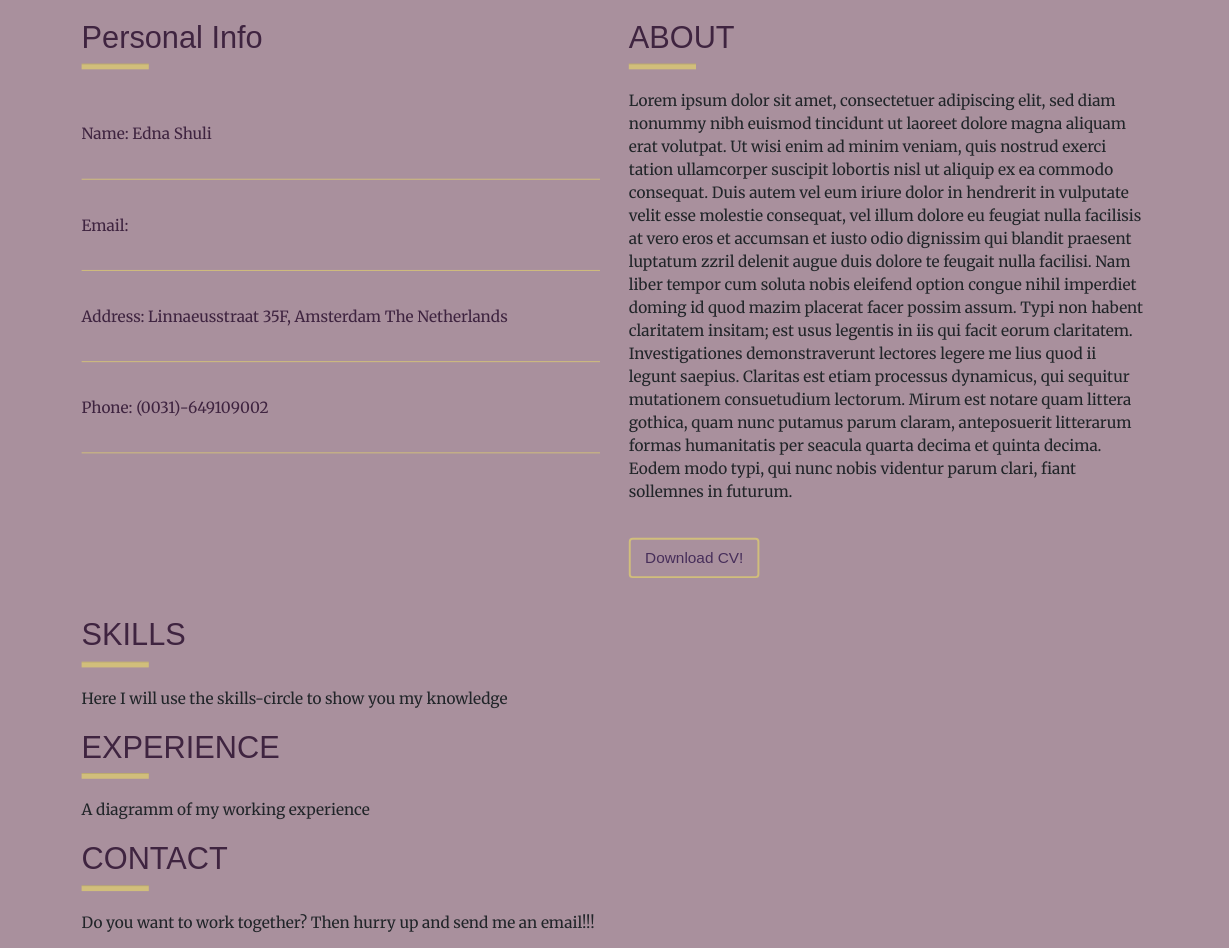
Repository: edshuli/Portfolio
Page: index.html
The author's editor kept a record of every edit. The page is drawn from the files as they stood at one moment, then again after the next edit.
The browser window is 1280 px wide. The pictures show the part of the page from y = 720 to 1708 px (the page is 1708 px tall), at 96% of full size.
Backgrounds fixed to the window are drawn as part of the page. Some web fonts or font styles are not loaded; a fallback is used.

Above is the page before.

### index.html
<!DOCTYPE html>
<html lang="en">

<head>
    <meta charset="UTF-8">
    <meta name="viewport" content="width=device-width, initial-scale=1.0">
    <meta http-equiv="X-UA-Compatible" content="ie=edge">
    <link rel="stylesheet" href="https://stackpath.bootstrapcdn.com/bootstrap/4.3.1/css/bootstrap.min.css" type="text/css" />
    <link rel="stylesheet" href="https://stackpath.bootstrapcdn.com/font-awesome/4.7.0/css/font-awesome.min.css" type="text/css" />
    <link rel="stylesheet" href="https://cdnjs.cloudflare.com/ajax/libs/hover.css/2.3.1/css/hover-min.css" type="text/css" />
    <link rel="stylesheet" href="assets/css/style.css" type="text/css" />
    <title>Edna Shuli - Full Stack Web Developer</title>
</head>

<body>

    <div class="container-fluid navbar-menu">
        <div class="row">
            <div class="col-12">
                <!-- NAVBAR -->
                <nav class="navbar navbar-expand-sm fixed-top navbar-light ">
                    <a href="index.html" class="navbar-brand"><i class="fa fa-home" aria-hidden="true"></i>Ed.Sh</a>
                    <button class="navbar-toggler" type="button" data-toggle="collapse" data-target="#menuDropdown" aria-controls="menuDropdown" aria-expanded="false" aria-label="Toggle navigation">
           <span class="navbar-toggler-icon"></span>
       </button>

                    <div id="menuDropdown" class="navbar-collapse collapse">
                        <ul class="navbar-nav mr-auto">
                            <li><a class="nav-link text-uppercase" href="#">about</a></li>
                            <li><a class="nav-link text-uppercase" href="#">skills</a></li>
                            <li><a class="nav-link text-uppercase" href="#">work</a></li>
                            <li><a class="nav-link text-uppercase" href="#">education</a></li>
                            <li><a class="nav-link text-uppercase" href="#">contact</a></li>
                            <li><a class="nav-link text-uppercase" href="#">cv</a></li>
                        </ul>
                    </div>
            </div>
        </div>
        </nav>
    </div>
    <div class="container-fluid homepage-container ">
        <div class="row">
            <div class="col-12">
                <!--  <div class="opaque-overlay">&nbsp;</div> -->
                <div class="jumbotron ">
                    <h1 class="header">Hi! I'm </br><span class="name">
            Edna Shuli</span></h1>
                    <p class="title">Full Stack Web Developer</p>
                </div>
            </div>
        </div>
    </div>

    <!-- <div class="container-fluid homepage-container"> -->

    <!-- NAVBAR -->
    <!--    <nav class="navbar navbar-light navbar-fixed-top ">
            <div class="navbar-container">
                <button class="navbar-toggler" type="button" data-toggle="collapse" data-target="#menuDropdown" aria-controls="menuDropdown" aria-expanded="false" aria-label="Toggle navigation">
           <span class="navbar-toggler-icon"></span>
       </button>

                <div id="menuDropdown" class="navbar-collapse collapse">
                    <ul class="navbar-nav ">
                        <li><a href="#">home</a></li>
                        <li><a href="#">about</a></li>
                        <li><a href="#">skills</a></li>
                        <li><a href="#">experience</a></li>
                        <li><a href="#">education</a></li>
                        <li><a href="#">contact</a></li>
                        <li><a href="#">cv</a></li>
                    </ul>
                </div>
            </div>
        </nav> -->
    <!-- JUMBOTRON-->

    <!--   <div class="jumbotron jumbotron-fluid "> -->
    <!-- <div class="opaque-overlay">&nbsp;</div> -->
    <!--       <h1 class="header text-uppercase">Hi! I'm </br><span class="name">
            Edna Shuli</span></h1>
            <h2 class="title">Full Stack Web Developer</h2>
        </div>
    </div>
-->




    <!-- ABOUT ME -->
    <section class="aboutme">
        <div class="container aboutme-container">
            <div class="row">
                <div class="col-md-6">
                   <div class="personal-info">
                       <h2 class="uppercase">Personal Info</h2>
                       <hr class="title-divider">
                       <ul>
                           <li>Name: Edna  Shuli</li>
                           <li>Email: <a href="mailto:edna_shhuli@hotmail.gr"></a></li>
                           <li>Address: Linnaeusstraat 35F, Amsterdam The Netherlands</li>
                           <li>Phone: (0031)-649109002</li>
                       </ul>
                   </div>
               </div>
                <div class="col-md-6">
                    <h2 class="text-uppercase">About</h2>
                    <hr class="title-divider">
                    <div class="aboutmeitem">
                        <p>Lorem ipsum dolor sit amet, consectetuer adipiscing elit, sed diam nonummy nibh euismod tincidunt ut laoreet dolore magna aliquam erat volutpat. Ut wisi enim ad minim veniam, quis nostrud exerci tation ullamcorper suscipit lobortis
                            nisl ut aliquip ex ea commodo consequat. Duis autem vel eum iriure dolor in hendrerit in vulputate velit esse molestie consequat, vel illum dolore eu feugiat nulla facilisis at vero eros et accumsan et iusto odio dignissim
                            qui blandit praesent luptatum zzril delenit augue duis dolore te feugait nulla facilisi. Nam liber tempor cum soluta nobis eleifend option congue nihil imperdiet doming id quod mazim placerat facer possim assum. Typi non habent
                            claritatem insitam; est usus legentis in iis qui facit eorum claritatem. Investigationes demonstraverunt lectores legere me lius quod ii legunt saepius. Claritas est etiam processus dynamicus, qui sequitur mutationem consuetudium
                            lectorum. Mirum est notare quam littera gothica, quam nunc putamus parum claram, anteposuerit litterarum formas humanitatis per seacula quarta decima et quinta decima. Eodem modo typi, qui nunc nobis videntur parum clari, fiant
                            sollemnes in futurum.</p>
                    </div>
                    <button class="btn">Download CV!</button>
                </div>
            </div>
        </div>
    </section>



    <!-- Skills -->
    <div class="container skills-container">
        <section class="skills">
            <h2 class="text-uppercase">Skills</h2>
            <hr class="title-divider">
            <div class="skillsitem">
                <p>Here I will use the skills-circle to show you my knowledge</p>
            </div>
        </section>
    </div>



    <!-- Experience -->
    <div class="container experience-container">
        <section class="experience">
            <h2 class="text-uppercase">Experience</h2>
            <hr class="title-divider">
            <div class="work-history">
                <p>A diagramm of my working experience</p>
            </div>
        </section>
    </div>




    <!-- Contact -->
    <div class="container contact-container">
        <section class="contact">
            <h2 class="text-uppercase">Contact</h2>
            <hr class="title-divider">
            <div class="contact-info">
                <p>Do you want to work together? Then hurry up and send me an email!!!</p>
            </div>
        </section>
    </div>


    <!-- Download
        <section class="downloadcv">
           <button class="btn">Download CV!</button
        </section>
       -->
    <footer>

    </footer>

    <script src="https://code.jquery.com/jquery-3.3.1.slim.min.js" integrity="sha384-q8i/X+965DzO0rT7abK41JStQIAqVgRVzpbzo5smXKp4YfRvH+8abtTE1Pi6jizo" crossorigin="anonymous"></script>
    <script src="https://cdnjs.cloudflare.com/ajax/libs/popper.js/1.14.7/umd/popper.min.js" integrity="sha384-UO2eT0CpHqdSJQ6hJty5KVphtPhzWj9WO1clHTMGa3JDZwrnQq4sF86dIHNDz0W1" crossorigin="anonymous"></script>
    <script src="https://stackpath.bootstrapcdn.com/bootstrap/4.3.1/js/bootstrap.min.js" integrity="sha384-JjSmVgyd0p3pXB1rRibZUAYoIIy6OrQ6VrjIEaFf/nJGzIxFDsf4x0xIM+B07jRM" crossorigin="anonymous"></script>
</body>


</html>

### assets/css/style.css
@import url('https://fonts.googleapis.com/css?family=Merriweather:100,200,300,400,500,600,700|Playfair+Display:100,200,300,400,500,600,700|Nanum+Gothic:100,200,300,400');

body {
    font-family: "Merriweather", sans-serif;
    background-color: #a9909d;
}


/* ------------------------Button/Download--------------------*/

.btn {
    font: 16px "Playfair", sans-serif;
    color: #472e5a;
    margin: 20px 0px;
    padding: 10px 15px;
    border: 2px solid #d1be7b;
    display: inline-block;
}

/*---------------------HOMEPAGE/JUMBOTRON--------------------*/

.homepage-container {
    height: 100vh;
    background: url(../images/logo1.jpg) no-repeat center center fixed;
    -webkit-background-size: cover;
    -moz-background-size: cover;
    -o-background-size: cover;
    background-size: cover;

    display: flex;
    align-items: center;
    justify-content: center;
}



/*------------------------Jumbotron ---------------------*/

.jumbotron {
    background-color: transparent;
    margin-bottom: 0px;
    padding: 150px 700px 50px 0;
}

.header {
    color: #3e2832;
    font-size: 45px;
    font-weight: 300;
    margin-bottom: 10px;
}


.header {
    font-family: "Playfair", sans-serif;
}

span {
    font-family: "Merriweather", sans-serif;
}

.title {
    font-family: "Playfair", sans-serif;
    border-bottom-width: 1px;
    border-bottom-style: solid;
    border-bottom-color: #4f3943;
    border-top-width: 1px;
    border-top-style: solid;
    border-top-color: #4f3943;
    color: #4f3943;
    font-size: 25px;
    font-weight: 300;
    text-transform: uppercase;
    letter-spacing: 1px;
    padding: 15px 0;
}


/*---------------------------------Navbar ------------*/

.navbar {
    background-color: rgba(0, 0, 0, 0.7);
    overflow: hidden;
    position: fixed;

}

.navbar-menu {
    padding-left: 0;
    padding-right: 0;

}

.navbar-light .navbar-brand {
    letter-spacing: 1px;
    color: #d1be7b;
    font-size: 20px;
    font-weight: bold;

}

.navbar .navbar-nav a {
    font-weight: bold;
    color: #d1be7b;
    letter-spacing: 1px;
    text-decoration: none;
}

.navbar-light .navbar-nav .nav-link {
    color: #d1be7b;
}

.fa-home {
    color: #d1be7b;
}



/*-----------For mobile ------------*/

.navbar-collapse {
    text-align: right;
    display: block;
}

.navbar-toggler {
    line-height: 1;
    background-color: #f8f9fa7a;
    border: 1px solid #fafaf8;
    border-radius: .25rem;
}

/*----------------------------TITLES/HEADERS----------------------------*/

h2 {
    font-family: "Nanum+Gothic", sans-serif;
    color: #3f2440;
    background-color: transparent;
    margin-top:20px;
}

.title-divider{
    width: 70px;
    height: 5px;
    background-color: #d1be7b;
    margin: 0 0 20px 0;
}

/*--------------------------ABOUT ME-------------------*/

a{
    text-decoration: none;
    color:#3f2440;
}

ul{
    padding:0;
}

.personal-info ul li {
    border-bottom: 1px solid #d1be7b;
    padding: 35px 0;
    list-style:none;
    color:#3f2440;

}

.aboutme-container {}

.skills-container {}

.experience-container {}


.contact-container {}


/*------------------ MEDIA QUERRIES--------------*/

@media (max-width: 992px) {
    .homepage-container {
        background-attachment: scroll;
    }
}

/*
@media (min-width:768px){
    .jumbotron{
        padding-top:48px;
        padding-bottom:48px;
    }
}

*/

/*
.logo{
    background: url(../images/logo.jpg);
    background-position: center;
    background-repeat: no-repeat;
    background-size: cover;
    height: 300px;
    width: 200px;
}
.menucontainer{
  height: 100%;
  width: 200px;
  position: fixed;
  z-index: 1;
  top: 0;
  left: 0;
  background-color:rgba(105,52,102,1.3);
  overflow-x: hidden;
  padding-top: 250px;

}

.menuitem {
  padding: 6px 6px 6px 10px;
  text-decoration: none;
  font-size: 14px;
  color: #e5c54b;
  display: block;
  text-transform: uppercase;
}


*/

After the next edit:
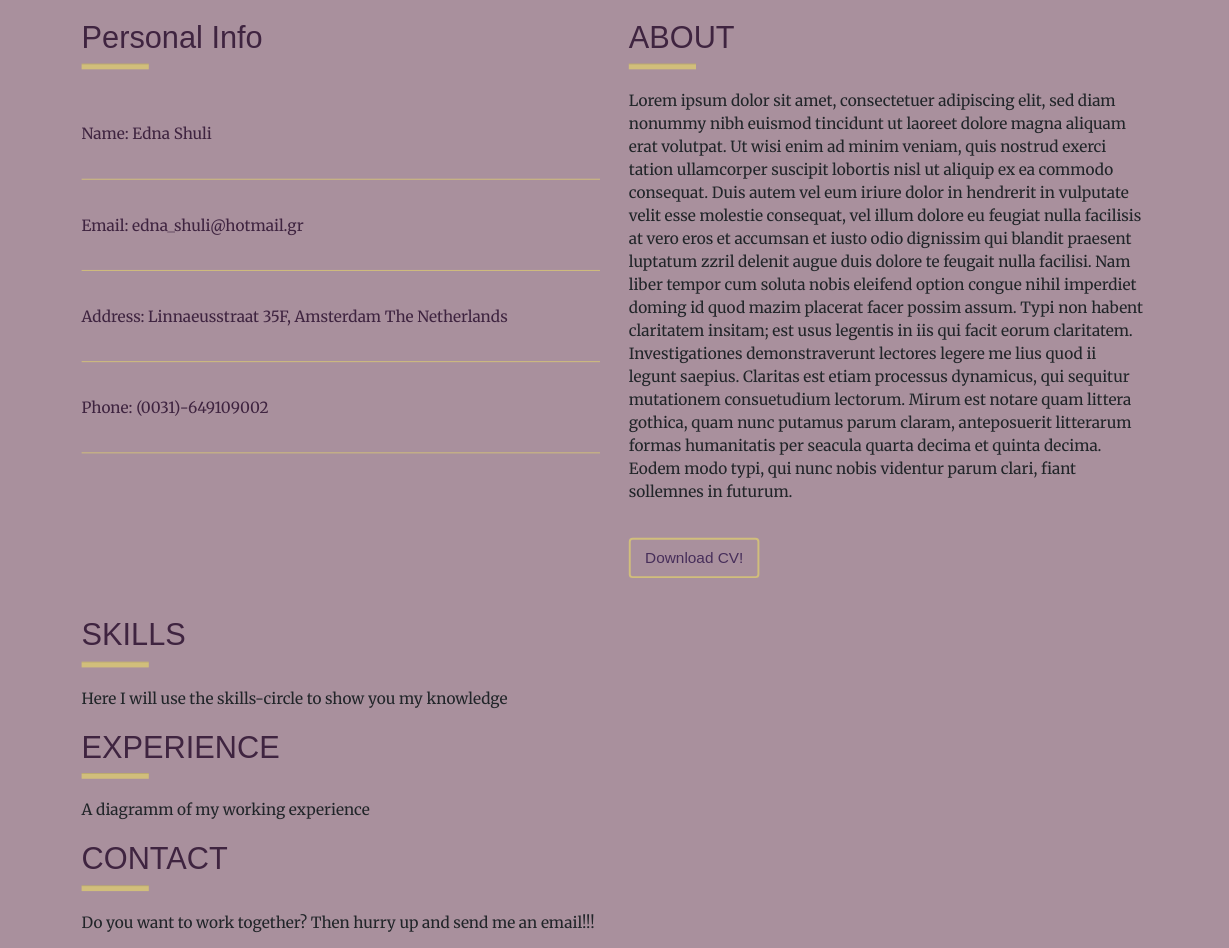
The edit:
--- a/index.html
+++ b/index.html
@@ -97,7 +97,7 @@
                        <hr class="title-divider">
                        <ul>
                            <li>Name: Edna  Shuli</li>
-                           <li>Email: <a href="mailto:edna_shhuli@hotmail.gr"></a></li>
+                           <li>Email: <a href="mailto:edna_shhuli@hotmail.gr">edna_shuli@hotmail.gr</a></li>
                            <li>Address: Linnaeusstraat 35F, Amsterdam The Netherlands</li>
                            <li>Phone: (0031)-649109002</li>
                        </ul>
